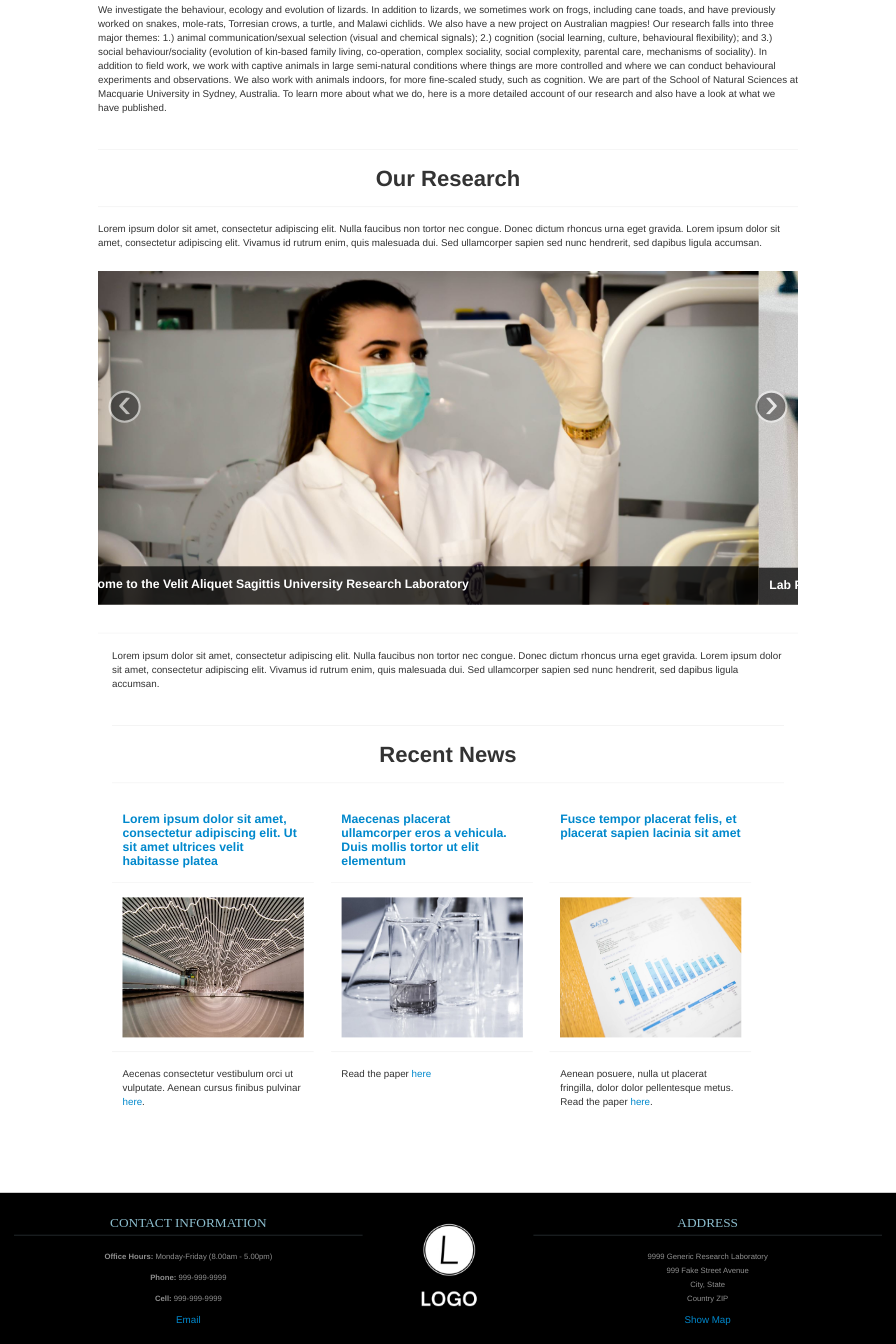
Repository: IAEUC/iaeuc.github.io
Page: index.html
An editor plug-in stored every save of this project. The page is shown before and after the next save, followed by the edit.
The browser window is 1280 px wide. The pictures show the part of the page from y = 650 to 2570 px (the page is 2570 px tall before and 2480 px after), at 70% of full size.

Above is the page before, as saved 2025-08-07 17:29:30.

After the next save:
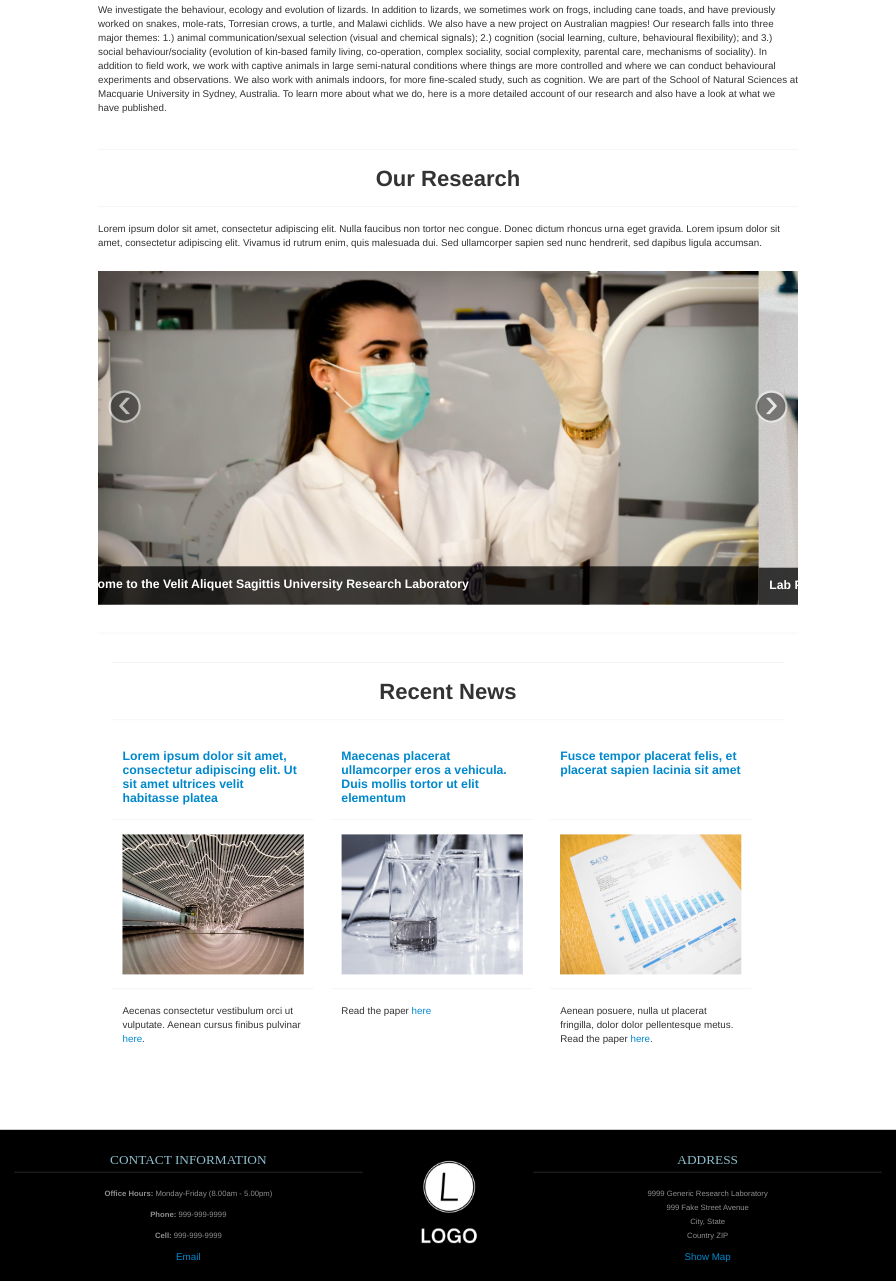
Saved 15 s later.
--- a/index.html
+++ b/index.html
@@ -102,15 +102,6 @@
          <hr>
          <div class="container-fluid">
             <div class="row-fluid marketing">
-               <div class="span12">
-                  <p>
-                     Lorem ipsum dolor sit amet, consectetur adipiscing elit. Nulla faucibus non tortor nec congue.
-                     Donec dictum rhoncus urna eget gravida. Lorem ipsum dolor sit amet, consectetur adipiscing elit.
-                     Vivamus id rutrum enim, quis malesuada dui. Sed ullamcorper sapien sed nunc hendrerit, sed dapibus
-                     ligula accumsan.
-                  </p>
-                  <br/>
-               </div>
             </div>
                <div class="row-fluid">
                   <hr>

After the 2 saves that followed:
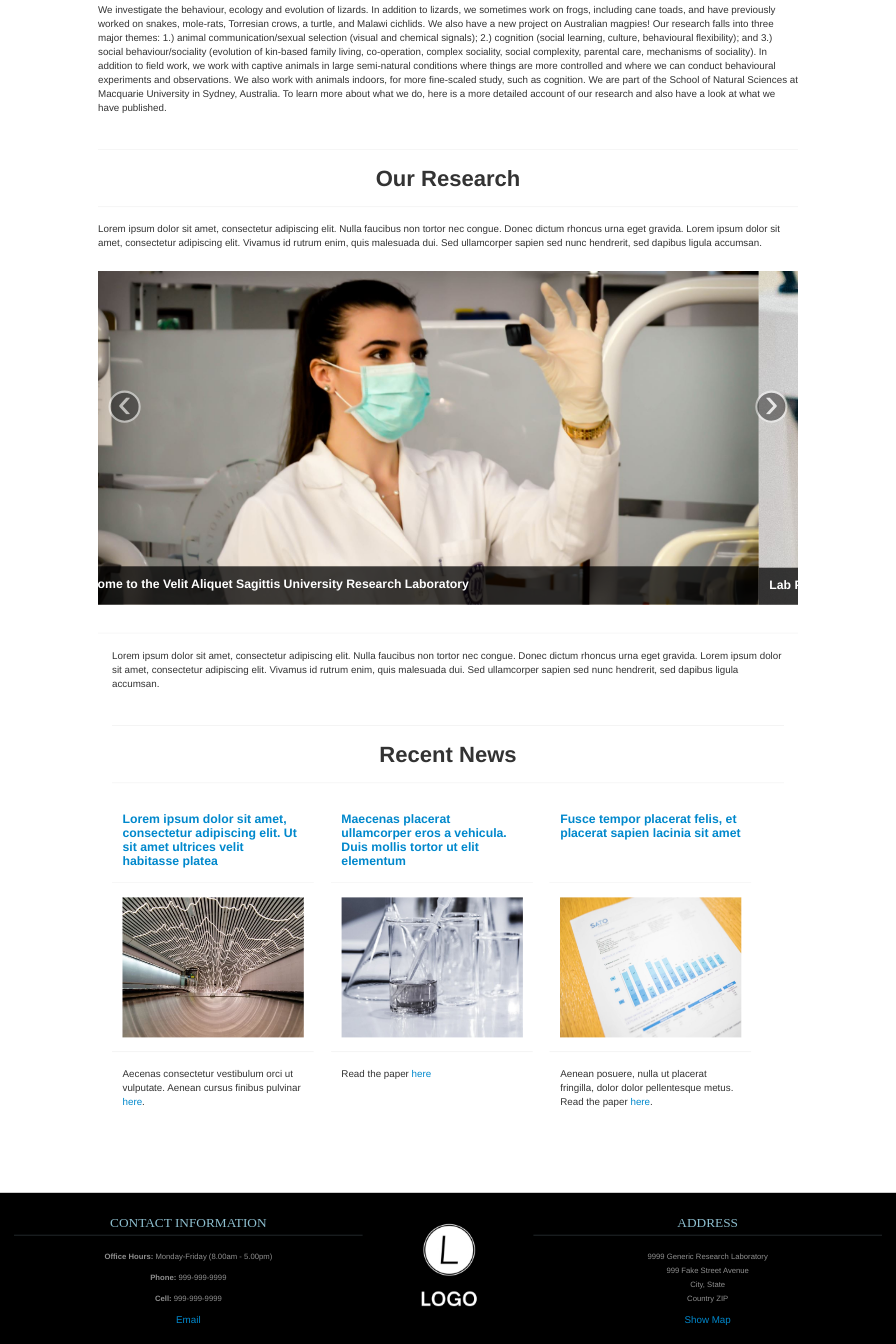
The 2 saves are shown as one change because 1 left the picture as it was.
The last was saved 37 s later.
--- a/index.html
+++ b/index.html
@@ -102,6 +102,15 @@
          <hr>
          <div class="container-fluid">
             <div class="row-fluid marketing">
+               <div class="span12">
+                  <p>
+                     Lorem ipsum dolor sit amet, consectetur adipiscing elit. Nulla faucibus non tortor nec congue.
+                     Donec dictum rhoncus urna eget gravida. Lorem ipsum dolor sit amet, consectetur adipiscing elit.
+                     Vivamus id rutrum enim, quis malesuada dui. Sed ullamcorper sapien sed nunc hendrerit, sed dapibus
+                     ligula accumsan.
+                  </p>
+                  <br/>
+               </div>
             </div>
                <div class="row-fluid">
                   <hr>
